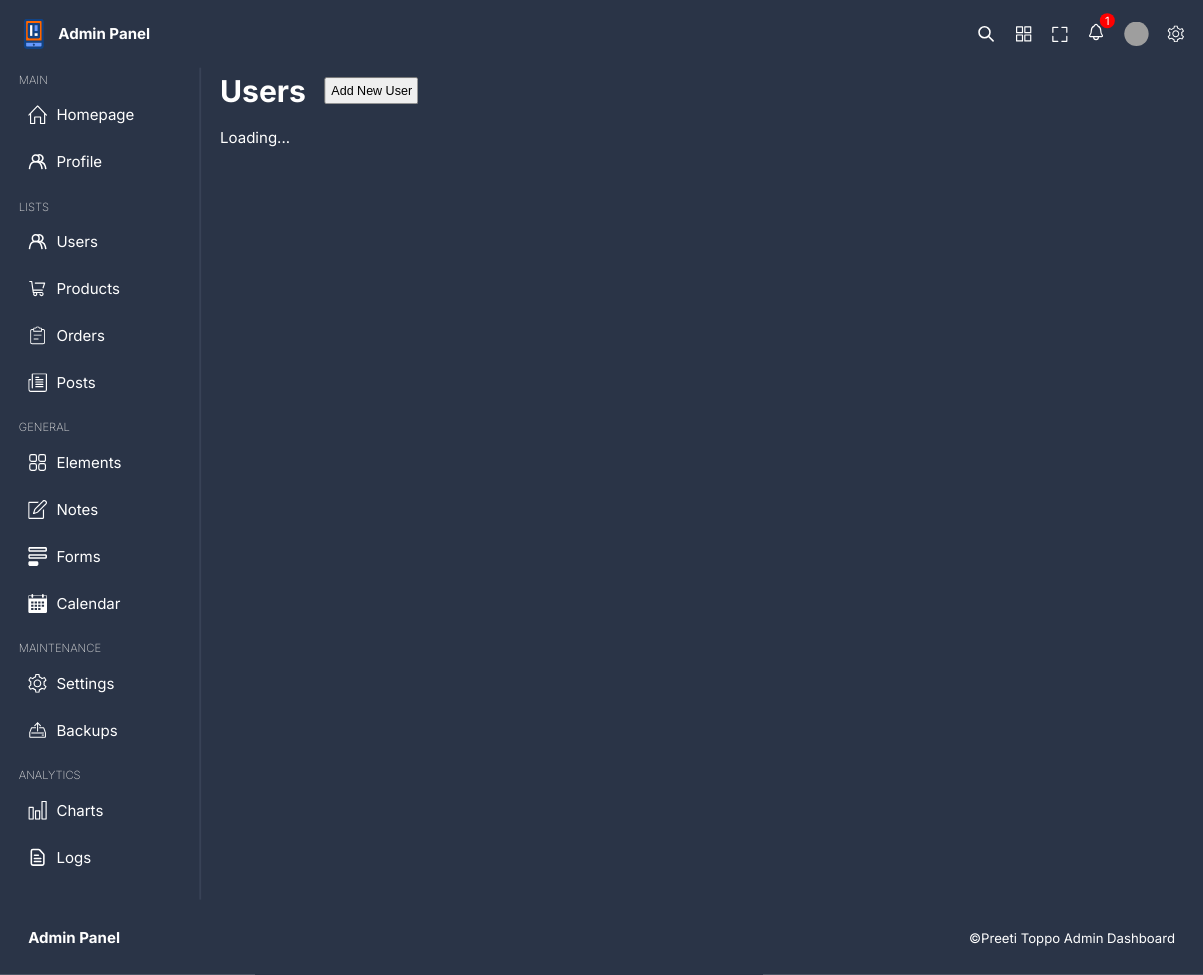
Repository: PreetiToppo/Dashboard
Page: /users (app in Dashboard/)
An editor plug-in stored every save of this project. The page is shown before and after a run of saves, followed by the edit.
The browser window is 1280 px wide. The pictures show the whole page, at 94% of full size.
Pictures or frames that could not be fetched are drawn as grey boxes. The page's requests for data from a server got no answer. The project was rebuilt for these pictures with package versions that can differ from the ones it lists, and the page was loaded fresh each time. No one was signed in, and anything a server would have sent is missing. Also part of the build but not shown: Dashboard/vite.config.ts, Dashboard/src/components/barChartBox/barChatBox.css, Dashboard/src/components/barChartBox/BarChartBox.tsx, Dashboard/src/components/bigChartBox.tsx/bigChartBox.scss, Dashboard/src/components/bigChartBox.tsx/BigChartBox.tsx, Dashboard/src/components/chartBox/chartBox.scss, Dashboard/src/components/chartBox/ChartBox.tsx, Dashboard/src/components/pieChartBox/pieChartBox.scss and 18 more.

Above is the page before, as saved 2023-08-16 23:13:56.

### Dashboard/src/App.tsx
import Home from "./pages/home/Home"
import {
  createBrowserRouter,
  RouterProvider,
  Outlet,
} from "react-router-dom"
import Users from "./pages/users/Users"
import Products from "./pages/products/Products"
import {Navbar} from "./components/navbar/Navbar"
import { Footer } from "./components/footer/Footer"
import { Menu } from "./components/menu/Menu"
import Login from "./pages/login/Login"
import "./styles/global.scss"
import User from "./pages/user/User"
import Product from "./pages/product/Product"
import { QueryClientProvider, QueryClient } from "@tanstack/react-query"

const queryClient=new QueryClient();
function App() {

  const Layout = () => {
    return (
      <div className="main">
        <Navbar />
        <div className="container">
          <div className="menuContainer">
            <Menu/>
          </div>
          <div className="contentContainer">
            <QueryClientProvider client={queryClient}>
            <Outlet/>
            </QueryClientProvider>

          </div>
        </div>
        <Footer/>
      </div>
    )
  }

  const router = createBrowserRouter ( [
    {
      path: "/",
      element: <Layout/>,
      children:[
        {
          path: "/",
          element:<Home />,
        },
        {
          path:"/users",
          element :<Users/>
        },
        {
          path :"/products",
          element :  <Products/>
        },
        {
          path :"/users/:id",
          element :  <User/>
        },
        {
          path :"/products/:id",
          element :  <Product/>
        },
        ]
    },
    {
      path:"/login",
      element:<Login/>
    }
  ])

  return (
    <RouterProvider router = {router}/>
  )
}

export default App

### Dashboard/src/pages/users/Users.tsx
import { GridColDef } from "@mui/x-data-grid";
import DataTable from "../../components/dataTable/DataTable";
import "./Users.scss";
import { useState } from "react";
import Add from "../../components/add/Add";
import { userRows } from "../../data";
import { useQuery } from "@tanstack/react-query";

const columns: GridColDef[] = [
  { field: "id", headerName: "ID", width: 90 },
  {
    field: "img",
    headerName: "Avatar",
    width: 100,
    renderCell: (params) => {
      return <img src={params.row.img || "/noavatar.png"} alt="" />;
    },
  },
  {
    field: "firstName",
    type: "string",
    headerName: "First name",
    width: 150,
  },
  {
    field: "lastName",
    type: "string",
    headerName: "Last name",
    width: 150,
  },
  {
    field: "email",
    type: "string",
    headerName: "Email",
    width: 200,
  },
  {
    field: "phone",
    type: "string",
    headerName: "Phone",
    width: 200,
  },
  {
    field: "createdAt",
    headerName: "Created At",
    width: 200,
    type: "string",
  },
  {
    field: "verified",
    headerName: "Verified",
    width: 150,
    type: "boolean",
  },
];

const Users = () => {
  const [open, setOpen] = useState(false);

  // TEST THE API

  const { isLoading, data } = useQuery({
    queryKey: ["allusers"],
    queryFn: () =>
      fetch("http://localhost:8800/api/users").then(
        (res) => res.json()
      ),
  });

  return (
    <div className="users">
      <div className="info">
        <h1>Users</h1>
        <button onClick={() => setOpen(true)}>Add New User</button>
      </div>
      {/* TEST THE API */}

      {isLoading ? (
        "Loading..."
      ) : (
        <DataTable slug="users" columns={columns} rows={data} />
      )}
      {open && <Add slug="user" columns={columns} setOpen={setOpen} />}
    </div>
  );
};

export default Users;

### Dashboard/src/components/navbar/Navbar.tsx
import './navbar.scss'

export const Navbar = () => {
  return (
    <div className='navbar'>
      <div className="logo">
        <img src="logo.svg" alt="" />
        <span>Admin Panel</span>
      </div>
      <div className="icons">
        <img src="/search.svg" alt="" />
        <img src="/app.svg" alt="" />
        <img src="expand.svg" alt="" />
        <div className="notification">
          <img src="/notifications.svg" alt="" />
          <span>1</span>
        </div>
        <div className="user">
          <img src="https://images.unsplash.com/photo-1616325629936-99a9013c29c6?ixlib=rb-4.0.3&ixid=M3wxMjA3fDB8MHxwaG90by1wYWdlfHx8fGVufDB8fHx8fA%3D%3D&auto=format&fit=crop&w=387&q=80" alt="" />
        </div>
        <img src="settings.svg" alt="" />
      </div>
    </div>
  )
}

### Dashboard/src/components/footer/Footer.tsx
import './footer.scss'

export const Footer = () => {
  return (
    <div className='footer'>
      <span>Admin Panel</span>
      <span>©Preeti Toppo Admin Dashboard</span>
    </div>
  )
}

### Dashboard/src/components/menu/Menu.tsx
import { Link } from 'react-router-dom'
import './menu.scss'
import {menu} from "../../data"

export const Menu = () => {
  return (
    <div className='menu'>
      {
        menu.map((item) => (
          <div className="item" key = {item.id}>
          <span className="title">{item.title}</span>
          {
            item.listItems.map((listItem) => (
              <Link to={listItem.url} className='listItem' key={listItem.id}>
          <img src={listItem.icon} alt="" />
          <span className='listItemTitle'>{listItem.title}</span>
          </Link>
            ))
          }
        </div>
        ))
      }
    </div>
  )
}

### Dashboard/src/styles/global.scss
@import "./variables.scss";
* {
  margin: 0;
  padding: 0;
  box-sizing: border-box;
}

a {
  text-decoration: none;
  color: inherit;
}

.main {
  font-family: "Inter", sans-serif;
  background-color: $main-bg;
  color: $main-color;
}

.container{
  display: flex;
}

.menuContainer {
  width: 250px;
  padding: 5px 20px;
  border-right:2px solid $soft-bg;
}

.contentContainer {
  width: 100%;
  padding: 5px 20px;
}

### Dashboard/src/pages/users/users.scss
.users{

    .info{
      display: flex;
      align-items: center;
      gap: 20px;
      margin-bottom: 20px;

      button{
        padding: 5px;
        cursor: pointer;
      }
    }
  }

### Dashboard/src/components/navbar/navbar.scss
.navbar {
    width: 100%;
    padding: 20px;
    display: flex;
    align-items: center;
    justify-content: space-between;

    .logo {
        display: flex;
        align-items: center;
        font-weight: bold;
        gap: 10px;
    }

    .icons{
        display:flex;
        align-items: center;
        gap: 20px;

        .notification {
            position: relative;

            span{
                background: red;
                color: white;
                width: 16px;
                height: 16px;
                border-radius: 50%;
                position: absolute;
                top: -10px;
                right: -10px;
                display: flex;
                align-items: center;
                justify-content: center;
                font-size: 12px;
            }
        }

    .user {
        display: flex;
        align-items: center;
        gap: 10px;

        img{
            width: 26px;
            height: 26px;
            border-radius:50%;
            object-fit: cover;;
        }
    }
}
}

### Dashboard/src/components/footer/footer.scss
.footer{
    display: flex;
    align-items: center;
    justify-content: space-between;
    padding: 30px;

    span {

        &:first-child{
            font-weight: bold;
        }

        &:last-child{
            font-size: 14px;
        }
    }
}

### Dashboard/src/components/menu/menu.scss
@import "../../styles/variables.scss";
.menu {

    .item {
        display:flex;
        flex-direction: column;
        gap: 10px;
        margin-bottom: 20px;

        .title {
            font-size: 12px;
            font-weight: 200;
            color: $soft-color;
            text-transform: uppercase;
        }

        .listItem {
            display:flex;
            align-items: center;
            gap: 10px;
            padding: 10px;
            border-radius: 5px;

            &:hover{
                background: $soft-color;
                color: black;
            }
        }
    }
}

### Dashboard/src/styles/responsive.scss
$sm:480px;
$md:768px;
$lg:1024px;
$xl:1200px;
$xxl:1600px;

@mixin sm {
  @media (min-width: $sm) {
    @content;
  }
}

@mixin md {
  @media (min-width: $md) {
    @content;
  }
}

@mixin lg {
  @media (min-width: $lg) {
    @content;
  }
}

@mixin xl {
  @media (min-width: $xl) {
    @content;
  }
}

@mixin xxl {
  @media (min-width: $xxl) {
    @content;
  }
}

Loaded but not shown: Dashboard/index.html (common file); Dashboard/src/main.tsx (common file); Dashboard/src/data.ts (common file); Dashboard/src/styles/variables.scss (common file)

After the next 3 saves:
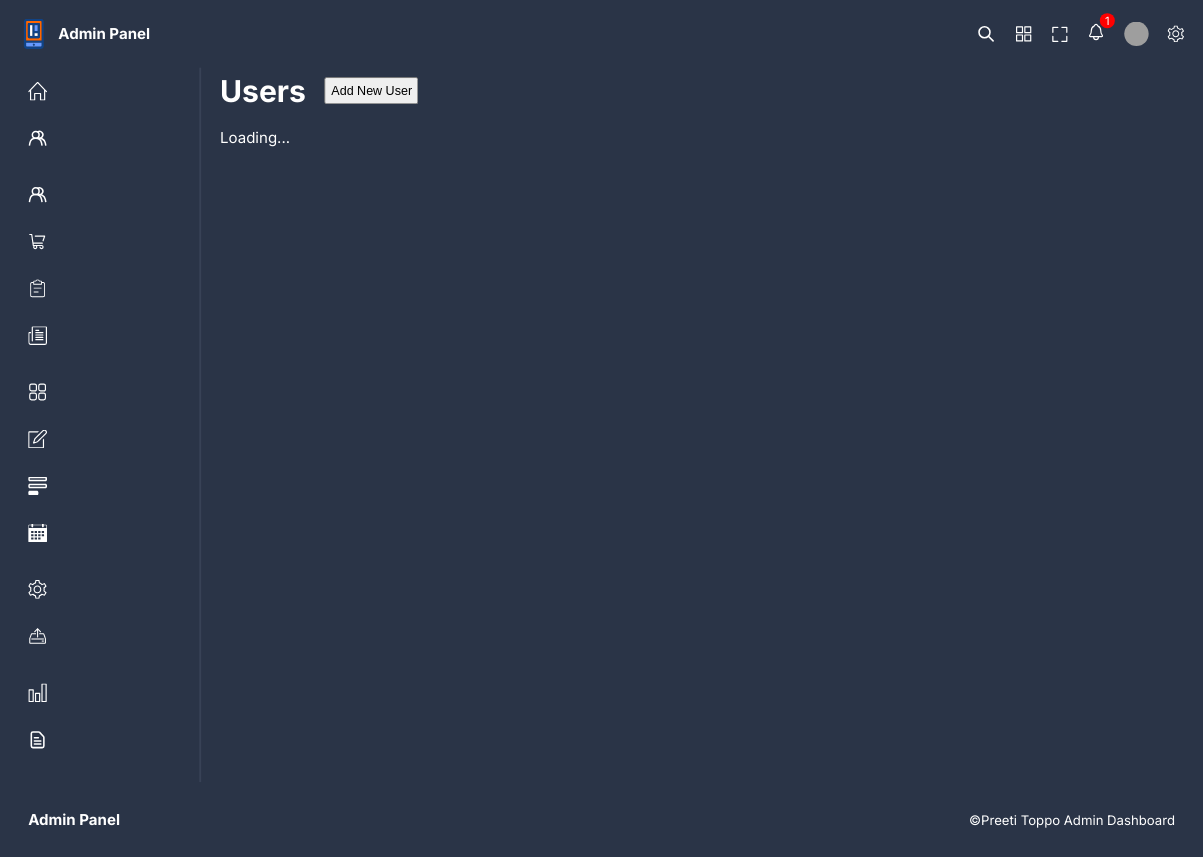
The 3 saves are shown as one change because 2 did not build or start.
The last was saved 3 min 49 s later.
--- a/Dashboard/src/components/menu/menu.scss
+++ b/Dashboard/src/components/menu/menu.scss
@@ -1,4 +1,5 @@
 @import "../../styles/variables.scss";
+@import "../../styles/responsive.scss";
 .menu {
 
     .item {
@@ -12,6 +13,10 @@
             font-weight: 200;
             color: $soft-color;
             text-transform: uppercase;
+
+            @include lg{
+                display: none;
+            }
         }
 
         .listItem {
@@ -25,6 +30,12 @@
                 background: $soft-color;
                 color: black;
             }
+
+            .listItemTitle{
+                @include lg{
+                    display: none;
+                }
+            }
         }
     }
 }

After the save that followed:
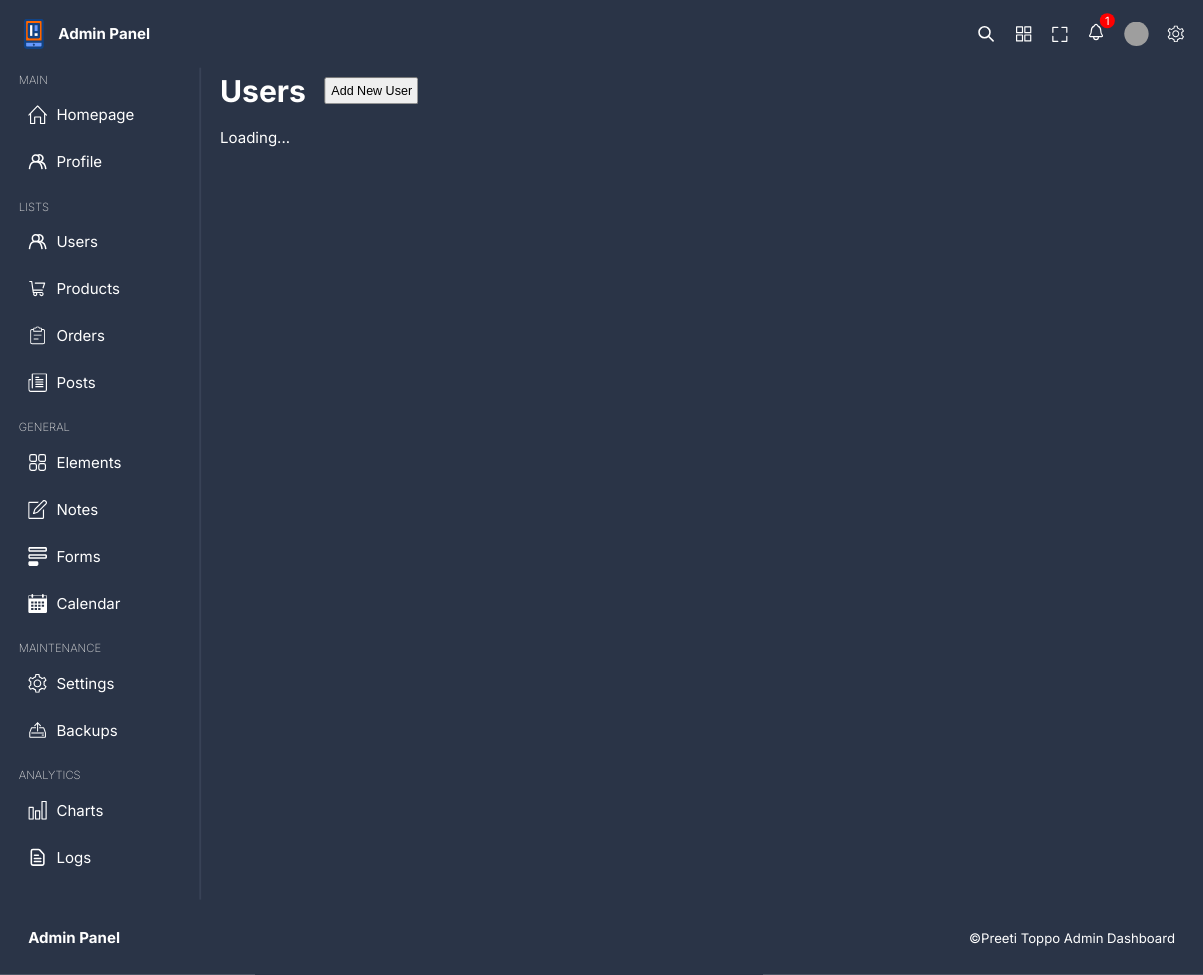
Saved 60 s later.
--- a/Dashboard/src/styles/responsive.scss
+++ b/Dashboard/src/styles/responsive.scss
@@ -5,31 +5,31 @@ $xl:1200px;
 $xxl:1600px;
 
 @mixin sm {
-  @media (min-width: $sm) {
+  @media (max-width: $sm) {
     @content;
   }
 }
 
 @mixin md {
-  @media (min-width: $md) {
+  @media (max-width: $md) {
     @content;
   }
 }
 
 @mixin lg {
-  @media (min-width: $lg) {
+  @media (max-width: $lg) {
     @content;
   }
 }
 
 @mixin xl {
-  @media (min-width: $xl) {
+  @media (max-width: $xl) {
     @content;
   }
 }
 
 @mixin xxl {
-  @media (min-width: $xxl) {
+  @media (max-width: $xxl) {
     @content;
   }
 }
